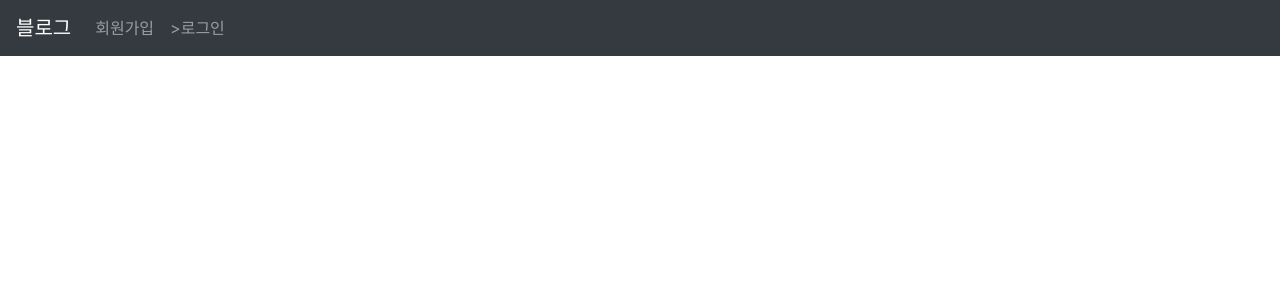
Repository: oshLunch/blog
Page: http://localhost/blog/user/loginForm.jsp
These files come from the project's save history. The page is drawn as it stood at one moment and after the next save; the edit follows.
The browser window is 1280 px wide. The pictures show the whole page.
The page is served by Tomcat 9. Nobody is signed in. The application's start-up code is not run. Other server files are loaded and not shown.

Above is the page before, as saved 2021-01-05 03:47:50.

### blog/WebContent/user/loginForm.jsp
<%@ page language="java" contentType="text/html; charset=UTF-8"
    pageEncoding="UTF-8"%>

<%@ include file="../layout/header.jsp" %>

</body>
</html>

### blog/WebContent/layout/header.jsp
<%@ page language="java" contentType="text/html; charset=UTF-8"
    pageEncoding="UTF-8"%>
<!DOCTYPE html>
<html lang="en">
<head>
  <title>Cos 블로그</title>
  <meta charset="utf-8">
  <meta name="viewport" content="width=device-width, initial-scale=1">
  <link rel="stylesheet" href="https://maxcdn.bootstrapcdn.com/bootstrap/4.5.2/css/bootstrap.min.css">
  <script src="https://ajax.googleapis.com/ajax/libs/jquery/3.5.1/jquery.min.js"></script>
  <script src="https://cdnjs.cloudflare.com/ajax/libs/popper.js/1.16.0/umd/popper.min.js"></script>
  <script src="https://maxcdn.bootstrapcdn.com/bootstrap/4.5.2/js/bootstrap.min.js"></script>
</head>
<body>

<nav class="navbar navbar-expand-md bg-dark navbar-dark">
  <a class="navbar-brand" href="#">블로그</a>
  <button class="navbar-toggler" type="button" data-toggle="collapse" data-target="#collapsibleNavbar">
    <span class="navbar-toggler-icon"></span>
  </button>
  <div class="collapse navbar-collapse" id="collapsibleNavbar">
    <ul class="navbar-nav">
      <li class="nav-item">
        <a class="nav-link" href="<%=request.getContextPath() %>/user?cmd=joinForm">회원가입</a>
      </li>
      <li class="nav-item">
        <a class="nav-link" href="<%=request.getContextPath() %>/user?cmd=loginForm">>로그인</a>
      </li>
    </ul>
  </div>
</nav>
<br>

After the next save:
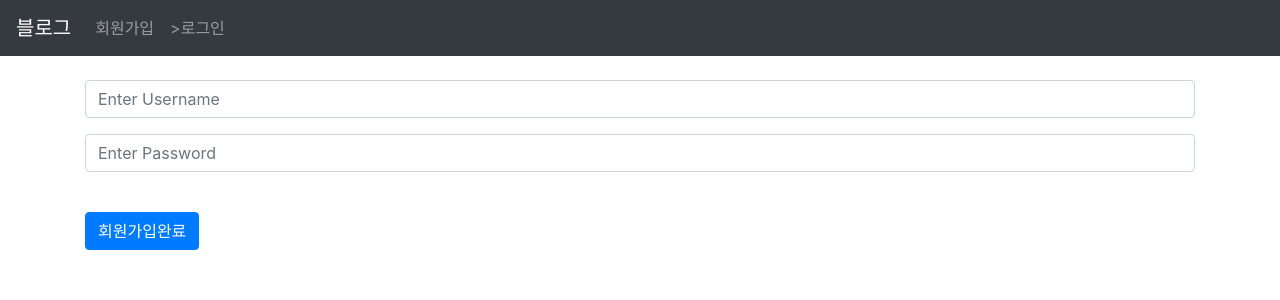
Saved 3 h 19 min later.
--- a/blog/WebContent/user/loginForm.jsp
+++ b/blog/WebContent/user/loginForm.jsp
@@ -3,5 +3,20 @@
 
 <%@ include file="../layout/header.jsp" %>
 
+<div class="container">
+	<form action="/blog/user?cmd=login" method = "post" onsubmit="return valid()">
+		<div class="form-group">
+			<input type="text" name="username" id="username" class="form-control" placeholder="Enter Username" required/>
+		</div>
+
+		<div class="form-group">
+			<input type="password" name="password" class="form-control" placeholder="Enter Password" required/>
+		</div>
+
+		<br/>
+		<button type="submit" class="btn btn-primary">회원가입완료</button>
+	</form>
+</div>
+
 </body>
 </html>
